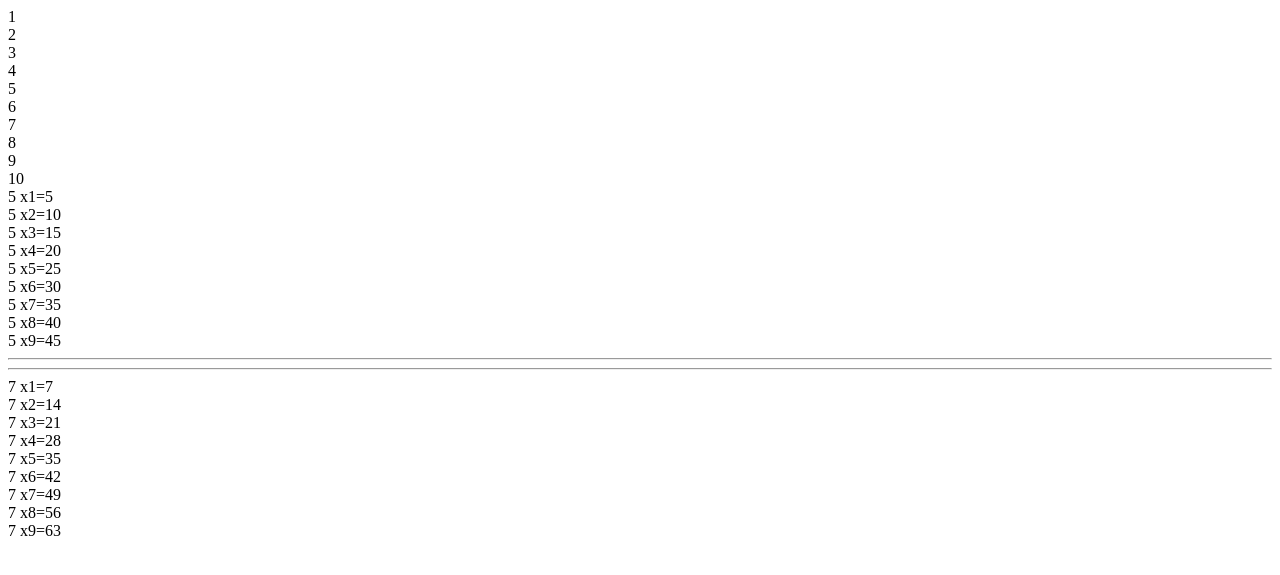
Repository: jeong3/Real_Time_Date
Page: http://localhost/jspGrammar1/Scriptlet.jsp
An editor plug-in stored every save of this project. The page is shown before and after a run of saves, followed by the edit.
The browser window is 1280 px wide. The pictures show the whole page.
The page is served by Tomcat 9.

Above is the page before, as saved 2024-08-30 02:24:15.

### eclipse/eclipse-workspace/jspGrammar1/src/main/webapp/Scriptlet.jsp
<%@ page language="java" contentType="text/html; charset=UTF-8"
    pageEncoding="UTF-8"%>
<!DOCTYPE html>
<html>
<head>
<meta charset="UTF-8">
<title>Insert title here</title>
</head>
<body>
<% //scriptlet
	for(int i = 1; i <= 10; i++){
		out.print(i + "<br />");
	}
	for(int gop = 1; gop <= 9; gop++){
		out.print("5 x"+gop + "="+5*gop+"<br />");
	}
	out.print("<hr />");
%>
<hr />
<%
	for(int gop = 1; gop <= 9; gop++){
		out.print("7 x"+gop+ "="+ 7*gop+"<br />");
	}
%>
</body>
</html>

After the next 2 saves:
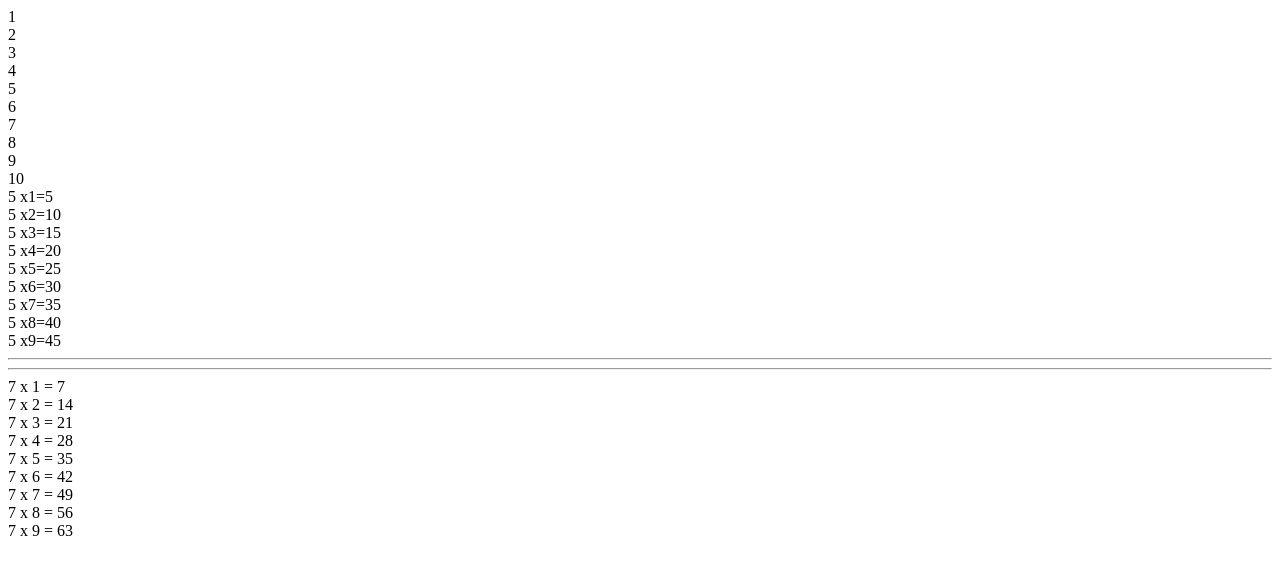
The 2 saves are shown as one change because they came seconds apart.
The last was saved 13 s later.
--- a/eclipse/eclipse-workspace/jspGrammar1/src/main/webapp/Scriptlet.jsp
+++ b/eclipse/eclipse-workspace/jspGrammar1/src/main/webapp/Scriptlet.jsp
@@ -19,7 +19,7 @@
 <hr />
 <%
 	for(int gop = 1; gop <= 9; gop++){
-		out.print("7 x"+gop+ "="+ 7*gop+"<br />");
+		out.print("7 x "+gop+ " = "+ 7*gop+"<br />");
 	}
 %>
 </body>
